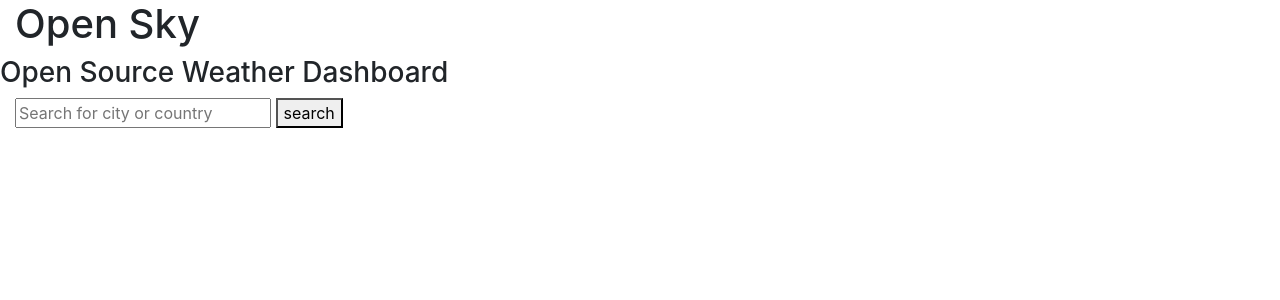
Repository: cobalt88/weather-forecast-app
Page: index.html
An editor plug-in stored every save of this project. The page is shown before and after the next save, followed by the edit.
The browser window is 1280 px wide. The pictures show the whole page.
Some web libraries are served in a nearby version.

Above is the page before, as saved 2022-04-11 20:23:30.

### index.html
<!DOCTYPE html>
<html lang="en">
<head>
  <meta charset="UTF-8">
  <meta http-equiv="X-UA-Compatible" content="IE=edge">
  <meta name="viewport" content="width=device-width, initial-scale=1.0">
  <link
  rel="stylesheet"
  href="https://stackpath.bootstrapcdn.com/bootstrap/4.3.1/css/bootstrap.min.css"
/>
<link
  rel="stylesheet"
  href="https://use.fontawesome.com/releases/v5.8.1/css/all.css"
  integrity="sha384-50oBUHEmvpQ+1lW4y57PTFmhCaXp0ML5d60M1M7uH2+nqUivzIebhndOJK28anvf"
  crossorigin="anonymous"
/>
<link
  href="https://fonts.googleapis.com/css?family=Open+Sans&display=swap"
  rel="stylesheet"
/>

<link href="style.css" rel="stylesheet">
  <title>Document</title>
</head>
<body>

  <header><h1 class="center col-12">Open Sky <br/> <h3>Open Source Weather Dashboard</h3></h1></header>
  <div class="col-xl-4 col-lg-4 col-md-4 col-sm-4 col-4">
    <input type="text" id="searchInput" placeholder="Search for city or country">
    <button type= 'button' id="search-button">search</button>
    <ul id="city-list"></ul>
  </div>
  <div id="current-day">
  <!-- <h2 id="city">Current City</h2>
  <h2 id="date">Date</h2>
      <img alt="Weather Icon">
      <p id="temp">Current temp</p>
      <p id="wind">Wind Speed</p>
      <p id="humidity">Current Humidity</p> -->
</div>
  <div id="5-day-container" class="cardContainer">

    <!-- <div id="forecast" class="card col-2">
      <h2 id="date">Date</h2>
      <img alt="Weather Icon">
      <p id="temp">Current temp</p>
      <p id="wind">Wind Speed</p>
      <p id="humidity">Current Humidity</p>
    </div>
      -->

  </div>

  <div>
    <ul id="history">

    </ul>
  </div>


  <script src="https://code.jquery.com/jquery-3.4.1.min.js"></script>
  <script src="https://cdnjs.cloudflare.com/ajax/libs/moment.js/2.20.1/moment.min.js"></script>
  <script src="logic_2.js"></script>
</body>
</html>

### style.css
.card {
  background-color: rgb(65, 65, 85);
  color: aliceblue;
  margin: 20px;
}

.cardContainer {
  display: flex;
  flex-direction: row;
}

.cityList {
  display: flex;
  flex-direction: row;
  width: 25%;
  max-width: 500px;
}

### logic_2.js

const apiKey = '486a30fe2a4040f404391459060015ad';
var displayArr = [];
var geoArr = [];
var oneCallDataArr = [];
// var searchHistory = localStorage.getItem('lastSearch');
var lat = '';
var lon = '';
var forecastContainer = document.getElementById('5-day-container');
var currentDay = document.getElementById('current-day')
// var searchHistoryArr = [];
var historyContainer = document.getElementById("history");


function geoLocate(searchInput) {
  var requestLocationUrl = `http://api.openweathermap.org/geo/1.0/direct?q=${searchInput}&limit=1&appid=${apiKey}`
  fetch(requestLocationUrl)
  .then(function(response){
    return response.json();
  })
  .then(function(currentLocation) {
    let tempArr = [];
    tempArr.push(currentLocation);
    geoArr = tempArr;
    let lat2 = geoArr[0][0].lat;
    lat = lat2;
    let lon2 = geoArr[0][0].lon;
    lon = lon2;
  })
.then(function(){
    oneCall();
  });
};

function oneCall() {
  let oneCallApi = `https://api.openweathermap.org/data/2.5/onecall?lat=${lat}&lon=${lon}&exclude=minutely&appid=${apiKey}`
  fetch(oneCallApi)
  .then(function(response){
    return response.json();
  })
  .then(function(allData) {
    let tempArr = [];
    tempArr.push(allData)
    oneCallDataArr = tempArr;
    forecastDisplayHandler();
  })
  .then(function(){
    // console.log(oneCallDataArr)
  })
};

  function kelvinToImperial (x) {
    Math.round((x - 273.15) * 1.8 + 32);
  }

function forecastDisplayHandler() {

  var now = moment().format('dddd MMMM do YYYY, h:mm a');
  var currentCity = geoArr[0][0].name;
  //note to self, add function to convert current time to unix time with moments and compare to values in this object to get current temp
  let tempKd = oneCallDataArr[0].daily[0].temp.day;
  let tempKmax = oneCallDataArr[0].hourly[0].temp.max;
  let tempKmin = oneCallDataArr[0].daily[0].temp.min;
  let tempKe = oneCallDataArr[0].daily[0].temp.eve;

  let tempFd = Math.round((tempKd - 273.15) * 1.8 + 32);
  let tempFmin = Math.round((tempKmin - 273.15) * 1.8 + 32);
  let tempFmax = Math.round((tempKmax - 273.15) * 1.8 + 32);
  let tempFe = Math.round((tempKe - 273.15) * 1.8 + 32);

  let windSpeed = oneCallDataArr[0].daily[0].wind_speed;
  let windGust = oneCallDataArr[0].daily[0].wind_gust;
  let windDir = oneCallDataArr[0].daily[0].wind_deg;
  let humidity = oneCallDataArr[0].daily[0].humidity;
  let uvIndex = oneCallDataArr[0].daily[0].uvi;
  let icon = oneCallDataArr[0].daily[0].weather[0].icon;

  let iconSrc = `http://openweathermap.org/img/wn/${icon}@2x.png`

   currentDay.innerHTML =
  ` <h2 id="city">${currentCity}</h2>
    <h4 id="date">${now}</h4>
    <img src="${iconSrc}" alt="Weather Icon">
    <p id="weather-${i}></p>
    <p id="temp-${i}">Day Temp: ${tempFd}</p>
    <p id="temp-${i}">Evening Temp: ${tempFe}</p>
    <p id="temp-${i}">Max Temp: ${tempFmax}</p>
    <p id="temp-${i}">Min Temp: ${tempFmin}</p>
    <p id="wind-${i}">Average Wind Speed: ${windSpeed}</p>
    <p id="wind-${i}">Wind Gust: ${windGust}</p>
    <p id="wind-${i}">Wind Direction: ${windDir} degrees</p>
    <p id="humidity-${i}">Relative Humidity: ${humidity}%</p>
    <p id="uv-index${i}">UV Index: ${uvIndex}</p>`

for (var i = 1; i < 6; i++) {

  let unixTime = oneCallDataArr[0].daily[i].dt;
  let dateString = moment.unix(unixTime).format("MM/DD/YYYY");

  let tempKd = oneCallDataArr[0].daily[i].temp.day;
  let tempKe = oneCallDataArr[0].daily[i].temp.eve;
  let tempKmax = oneCallDataArr[0].daily[i].temp.max;
  let tempKmin = oneCallDataArr[0].daily[i].temp.min;

  let tempFd = Math.round((tempKd - 273.15) * 1.8 + 32);
  // let tempFd = kelvinToImperial(tempKd);
  let tempFe = Math.round((tempKe - 273.15) * 1.8 + 32);
  let tempFmin = Math.round((tempKmin - 273.15) * 1.8 + 32);
  let tempFmax = Math.round((tempKmax - 273.15) * 1.8 + 32);

  let windSpeed = oneCallDataArr[0].daily[i].wind_speed;
  let windGust = oneCallDataArr[0].daily[i].wind_gust;
  let windDir = oneCallDataArr[0].daily[i].wind_deg;

  let humidity = oneCallDataArr[0].daily[i].humidity;
  let uvIndex = oneCallDataArr[0].daily[i].uvi;
  let icon = oneCallDataArr[0].daily[i].weather[0].icon;

  let iconSrc = `http://openweathermap.org/img/wn/${icon}@2x.png`

  forecastContainer.innerHTML +=
      `<div id="day ${i}" class="card col-2">
      <h2 id="date">${dateString}</h2>
      <img src="${iconSrc}" alt="Weather Icon"/>
      <p id="weather-${i}></p>
      <p id="temp-${i}">Day Temp: ${tempFd}</p>
      <p id="temp-${i}">Evening Temp: ${tempFe}</p>
      <p id="temp-${i}">Max Temp: ${tempFmin}</p>
      <p id="temp-${i}">Min Temp: ${tempFmax}</p>
      <p id="wind-${i}">Average Wind Speed: ${windSpeed}</p>
      <p id="wind-${i}">Wind Gust: ${windGust}</p>
      <p id="wind-${i}">Wind Direction: ${windDir} degrees</p>
      <p id="humidity-${i}">Relative Humidity: ${humidity}%</p>
      <p id="uv-index${i}">UV Index: ${uvIndex}</p>
    </div>`
};
}

let loadHistory = (searchInput) => {
  var searchHistoryArr = [];
  let storedData = JSON.parse(localStorage.getItem("Search History"));

    let pushData = (storedData, searchInput) => {
      searchHistoryArr.push(...storedData);
      searchHistoryArr.push(searchInput);
    }

  pushData(storedData, searchInput);
  console.log(searchHistoryArr);
  storeSearch(searchHistoryArr);

}

let storeSearch = (searchHistoryArr) => {


  let key = "Search History";
  localStorage.setItem(key, JSON.stringify(searchHistoryArr))

}


// let loadHistory = () => {
// for(var i = 0; i < searchHistoryArr.length; i++) {

//   if (i < 5) {
//     var text = searchHistoryArr[i];

//     historyContainer.innerHTML +=
//       `<li>${text}</li>`
//     }
//   }
// }

$("#search-button").on("click", function () {
  searchInput = $(this).siblings("#searchInput").val();
  geoLocate(searchInput);
  storeSearch(searchInput);
});

// ability to press enter for function
$(document).on('keypress',function(e) {
  if(e.which == 13) {
      searchInput = $("#searchInput").val()
      geoLocate(searchInput);
      loadHistory(searchInput);
  }
});



// $(document).ready(function(){
//   loadStorage()
//   displayHistory()
// } );

### assets/style.css
.card {
  background-color: rgb(65, 65, 85);
  color: aliceblue;
  margin: 20px;
}

.cardContainer {
  display: flex;
  flex-direction: row;
}

.cityList {
  display: flex;
  flex-direction: row;
  width: 25%;
  max-width: 500px;
}

### assets/logic_2.js

const apiKey = '486a30fe2a4040f404391459060015ad';
var displayArr = [];
var geoArr = [];
var oneCallDataArr = [];
var searchInput = localStorage.getItem('lastSearch');
var lat = '';
var lon = '';
var forecastContainer = document.getElementById('5-day-container');
var currentDay = document.getElementById('current-day')
var searchHistoryArr = [];
var historyContainer = document.getElementById("history");


function geoLocate() {
  var requestLocationUrl = `https://api.openweathermap.org/geo/1.0/direct?q=${searchInput}&limit=1&appid=${apiKey}`
  fetch(requestLocationUrl)
  .then(function(response){
    return response.json();
  })
  .then(function(currentLocation) {
    let tempArr = [];
    tempArr.push(currentLocation);
    geoArr = tempArr;
    let lat2 = geoArr[0][0].lat;
    lat = lat2;
    let lon2 = geoArr[0][0].lon;
    lon = lon2;
  })
.then(function(){
    oneCall();
  });
};

function oneCall() {
  let oneCallApi = `https://api.openweathermap.org/data/2.5/onecall?lat=${lat}&lon=${lon}&exclude=minutely&appid=${apiKey}`
  fetch(oneCallApi)
  .then(function(response){
    return response.json();
  })
  .then(function(allData) {
    let tempArr = [];
    tempArr.push(allData)
    oneCallDataArr = tempArr;
    forecastDisplayHandler();
  })
  .then(function(){
    // console.log(oneCallDataArr)
  })
};

  function kelvinToImperial (x) {
    Math.round((x - 273.15) * 1.8 + 32);
  }

function forecastDisplayHandler() {

  var now = moment().format('dddd MMMM do YYYY, h:mm a');
  var currentCity = geoArr[0][0].name;
  //note to self, add function to convert current time to unix time with moments and compare to values in this object to get current temp
  let tempKd = oneCallDataArr[0].daily[0].temp.day;
  let tempKmax = oneCallDataArr[0].hourly[0].temp.max;
  let tempKmin = oneCallDataArr[0].daily[0].temp.min;
  let tempKe = oneCallDataArr[0].daily[0].temp.eve;

  let tempFd = Math.round((tempKd - 273.15) * 1.8 + 32);
  let tempFmin = Math.round((tempKmin - 273.15) * 1.8 + 32);
  let tempFmax = Math.round((tempKmax - 273.15) * 1.8 + 32);
  let tempFe = Math.round((tempKe - 273.15) * 1.8 + 32);

  let windSpeed = oneCallDataArr[0].daily[0].wind_speed;
  let windGust = oneCallDataArr[0].daily[0].wind_gust;
  let windDir = oneCallDataArr[0].daily[0].wind_deg;
  let humidity = oneCallDataArr[0].daily[0].humidity;
  let uvIndex = oneCallDataArr[0].daily[0].uvi;
  let icon = oneCallDataArr[0].daily[0].weather[0].icon;

  let iconSrc = `https://openweathermap.org/img/wn/${icon}@2x.png`

   currentDay.innerHTML =
  ` <h2 id="city">${currentCity}</h2>
    <h4 id="date">${now}</h4>
    <img src="${iconSrc}" alt="Weather Icon">
    <p id="weather-${i}></p>
    <p id="temp-${i}">Day Temp: ${tempFd}</p>
    <p id="temp-${i}">Evening Temp: ${tempFe}</p>
    <p id="temp-${i}">Max Temp: ${tempFmax}</p>
    <p id="temp-${i}">Min Temp: ${tempFmin}</p>
    <p id="wind-${i}">Average Wind Speed: ${windSpeed}</p>
    <p id="wind-${i}">Wind Gust: ${windGust}</p>
    <p id="wind-${i}">Wind Direction: ${windDir} degrees</p>
    <p id="humidity-${i}">Relative Humidity: ${humidity}%</p>
    <p id="uv-index${i}">UV Index: ${uvIndex}</p>`

for (var i = 1; i < 6; i++) {

  let unixTime = oneCallDataArr[0].daily[i].dt;
  let dateString = moment.unix(unixTime).format("MM/DD/YYYY");

  let tempKd = oneCallDataArr[0].daily[i].temp.day;
  let tempKe = oneCallDataArr[0].daily[i].temp.eve;
  let tempKmax = oneCallDataArr[0].daily[i].temp.max;
  let tempKmin = oneCallDataArr[0].daily[i].temp.min;

  let tempFd = Math.round((tempKd - 273.15) * 1.8 + 32);
  // let tempFd = kelvinToImperial(tempKd);
  let tempFe = Math.round((tempKe - 273.15) * 1.8 + 32);
  let tempFmin = Math.round((tempKmin - 273.15) * 1.8 + 32);
  let tempFmax = Math.round((tempKmax - 273.15) * 1.8 + 32);

  let windSpeed = oneCallDataArr[0].daily[i].wind_speed;
  let windGust = oneCallDataArr[0].daily[i].wind_gust;
  let windDir = oneCallDataArr[0].daily[i].wind_deg;

  let humidity = oneCallDataArr[0].daily[i].humidity;
  let uvIndex = oneCallDataArr[0].daily[i].uvi;
  let icon = oneCallDataArr[0].daily[i].weather[0].icon;

  let iconSrc = `https://openweathermap.org/img/wn/${icon}@2x.png`

  forecastContainer.innerHTML +=
      `<div id="day ${i}" class="card col-2">
      <h2 id="date">${dateString}</h2>
      <img src="${iconSrc}" alt="Weather Icon"/>
      <p id="weather-${i}></p>
      <p id="temp-${i}">Day Temp: ${tempFd}</p>
      <p id="temp-${i}">Evening Temp: ${tempFe}</p>
      <p id="temp-${i}">Max Temp: ${tempFmin}</p>
      <p id="temp-${i}">Min Temp: ${tempFmax}</p>
      <p id="wind-${i}">Average Wind Speed: ${windSpeed}</p>
      <p id="wind-${i}">Wind Gust: ${windGust}</p>
      <p id="wind-${i}">Wind Direction: ${windDir} degrees</p>
      <p id="humidity-${i}">Relative Humidity: ${humidity}%</p>
      <p id="uv-index${i}">UV Index: ${uvIndex}</p>
    </div>`
};
}

function loadStorage() {
  // let x = JSON.parse(localStorage.getItem("searchHistory"));
  // searchHistoryArr.push(x);
  console.log(searchHistoryArr);

}

// function storage() {
// let searchHistory = JSON.stringify(searchHistoryArr);
// localStorage.setItem('searchHistory', searchHistory);
// let searchData = localStorage.getItem('searchHistory');

//   console.log(searchHistoryArr);
// }

function displayHistory() {
for(var i = 0; i < searchHistoryArr.length; i++) {

  if (i < 5) {
    var text = searchHistoryArr[i];

    historyContainer.innerHTML +=
      `<li>${text}</li>`
    }
  }
}

$("#search-button").on("click", function () {
  searchInput = $(this).siblings("#searchInput").val();
  searchHistoryArr.push(searchInput);
  geoLocate();
  // storage();
});



// $(document).ready(function(){
//   loadStorage()
//   displayHistory()
// } );

After the next save:
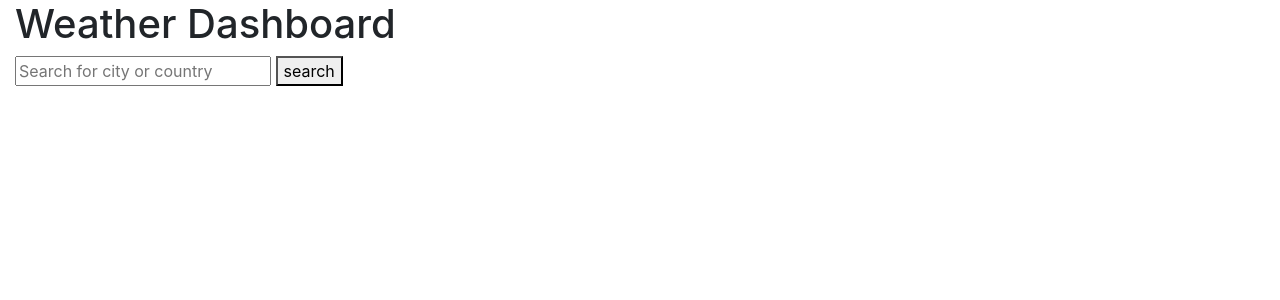
Saved 39 days later.
--- a/index.html
+++ b/index.html
@@ -19,12 +19,12 @@
   rel="stylesheet"
 />
 
-<link href="style.css" rel="stylesheet">
-  <title>Document</title>
+<link href="./assets/style.css" rel="stylesheet">
+  <title>Weather</title>
 </head>
 <body>
 
-  <header><h1 class="center col-12">Open Sky <br/> <h3>Open Source Weather Dashboard</h3></h1></header>
+  <header><h1 class="center col-12">Weather Dashboard</h1></header>
   <div class="col-xl-4 col-lg-4 col-md-4 col-sm-4 col-4">
     <input type="text" id="searchInput" placeholder="Search for city or country">
     <button type= 'button' id="search-button">search</button>
@@ -60,6 +60,6 @@
 
   <script src="https://code.jquery.com/jquery-3.4.1.min.js"></script>
   <script src="https://cdnjs.cloudflare.com/ajax/libs/moment.js/2.20.1/moment.min.js"></script>
-  <script src="logic_2.js"></script>
+  <script src="./assets/logic_2.js"></script>
 </body>
 </html>
